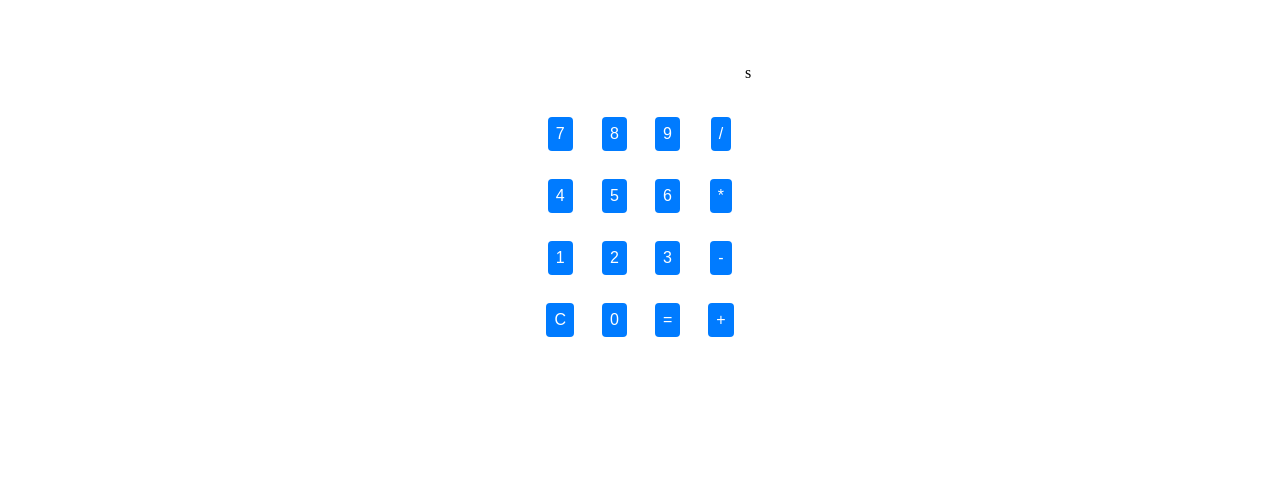
Repository: tushcmd/calc
Page: index.html
The author's editor kept a copy of each file at every save. The page is drawn from the files as they stood at one save, then again after the next save.
The browser window is 1280 px wide. The pictures show the whole page.

Above is the page before, as saved 2024-05-25 05:16:21.

After the next save:
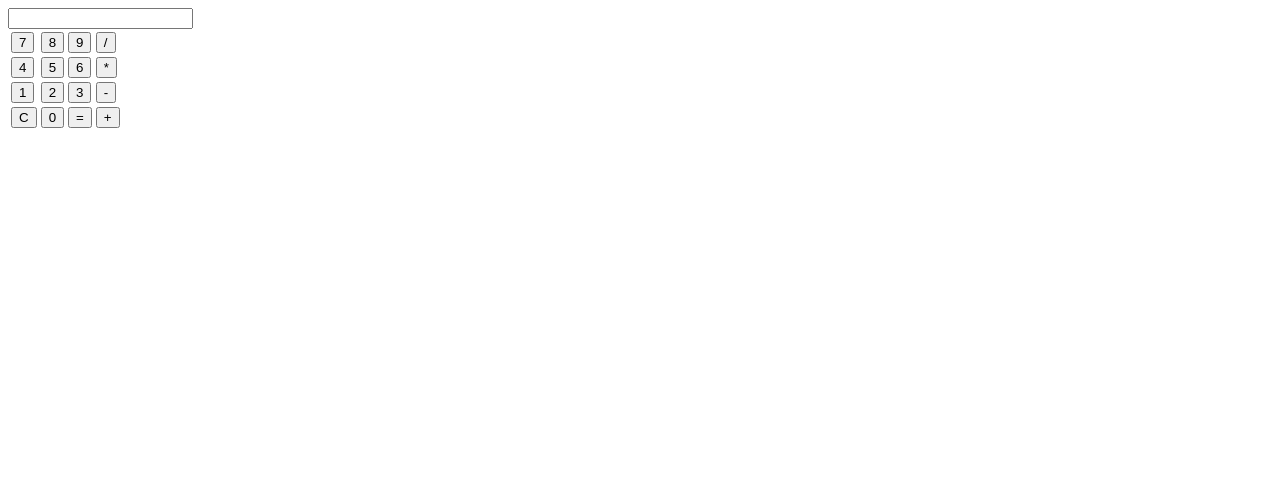
Not found: style.css
Saved 25 s later.
--- a/index.html
+++ b/index.html
@@ -1,42 +1,49 @@
 <!DOCTYPE html>
 <html lang="en">
-<head>
-    <meta charset="UTF-8">
-    <meta name="viewport" content="width=device-width, initial-scale=1.0">
-    <title>Document</title>
-    <link rel="stylesheet" href="./styles.css">
-</head>
-<body>
-    <div>
-        <input type="text" id="display" readonly>
-        <table>
-          <tr>
-            <td><button onclick="addToDisplay('7')">7</button></td>
-            <td><button onclick="addToDisplay('8')">8</button></td>
-            <td><button onclick="addToDisplay('9')">9</button></td>
-            <td><button onclick="addToDisplay('/')">/</button></td>
-          </tr>
-          <tr>s
-            <td><button onclick="addToDisplay('4')">4</button></td>
-            <td><button onclick="addToDisplay('5')">5</button></td>
-            <td><button onclick="addToDisplay('6')">6</button></td>
-            <td><button onclick="addToDisplay('*')">*</button></td>
-          </tr>
-          <tr>
-            <td><button onclick="addToDisplay('1')">1</button></td>
-            <td><button onclick="addToDisplay('2')">2</button></td>
-            <td><button onclick="addToDisplay('3')">3</button></td>
-            <td><button onclick="addToDisplay('-')">-</button></td>
-          </tr>
-          <tr>
-            <td><button onclick="clearDisplay()">C</button></td>
-            <td><button onclick="addToDisplay('0')">0</button></td>
-            <td><button onclick="calculate()">=</button></td>
-            <td><button onclick="addToDisplay('+')">+</button></td>
-          </tr>
-        </table>
-      </div>
-      <script src="app.js"></script>
-
-</body>
+  <head>
+    <meta charset="UTF-8" />
+    <meta name="viewport" content="width=device-width, initial-scale=1.0" />
+    <title>Calculator</title>
+    <link rel="stylesheet" href="style.css" />
+  </head>
+  <body>
+    <div class="calculator">
+      <input type="text" id="display" readonly />
+      <table>
+        <tr>
+          <td><button onclick="addToDisplay('7')">7</button></td>
+          <td><button onclick="addToDisplay('8')">8</button></td>
+          <td><button onclick="addToDisplay('9')">9</button></td>
+          <td>
+            <button class="operator" onclick="addToDisplay('/')">/</button>
+          </td>
+        </tr>
+        <tr>
+          <td><button onclick="addToDisplay('4')">4</button></td>
+          <td><button onclick="addToDisplay('5')">5</button></td>
+          <td><button onclick="addToDisplay('6')">6</button></td>
+          <td>
+            <button class="operator" onclick="addToDisplay('\*')">*</button>
+          </td>
+        </tr>
+        <tr>
+          <td><button onclick="addToDisplay('1')">1</button></td>
+          <td><button onclick="addToDisplay('2')">2</button></td>
+          <td><button onclick="addToDisplay('3')">3</button></td>
+          <td>
+            <button class="operator" onclick="addToDisplay('-')">-</button>
+          </td>
+        </tr>
+        <tr>
+          <td><button id="clear" onclick="clearDisplay()">C</button></td>
+          <td><button onclick="addToDisplay('0')">0</button></td>
+          <td><button id="equals" onclick="calculate()">=</button></td>
+          <td>
+            <button class="operator" onclick="addToDisplay('+')">+</button>
+          </td>
+        </tr>
+      </table>
+    </div>
+    <script src="app.js"></script>
+  </body>
 </html>

After the 2 saves that followed:
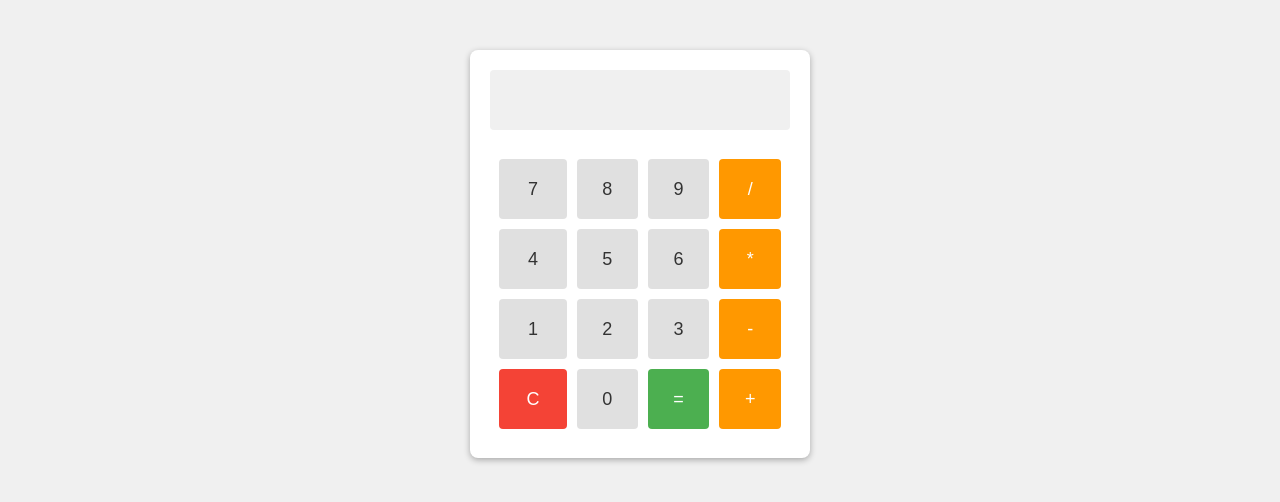
The 2 saves are shown as one change because 1 left the picture as it was.
The last was saved 56 s later.
--- a/index.html
+++ b/index.html
@@ -4,7 +4,7 @@
     <meta charset="UTF-8" />
     <meta name="viewport" content="width=device-width, initial-scale=1.0" />
     <title>Calculator</title>
-    <link rel="stylesheet" href="style.css" />
+    <link rel="stylesheet" href="styles.css" />
   </head>
   <body>
     <div class="calculator">
--- a/styles.css
+++ b/styles.css
@@ -1,28 +1,75 @@
-div {
-    text-align: center;
-    margin-top: 50px;
-  }
+body {
+  font-family: Arial, sans-serif;
+  background-color: #f0f0f0;
+}
 
-  input[type="text"] {
-    font-size: 24px;
-    padding: 6px;
-    margin-bottom: 12px;
-    text-align: right;
-    width: 200px;
-    border: none;
-  }
+.calculator {
+  width: 300px;
+  margin: 50px auto;
+  background-color: #fff;
+  border-radius: 8px;
+  box-shadow: 0 2px 6px rgba(0, 0, 0, 0.3);
+  padding: 20px;
+}
 
-  table {
-    margin: auto;
-  }
+#display {
+  width: 100%;
+  height: 60px;
+  font-size: 24px;
+  text-align: right;
+  padding: 10px;
+  border: none;
+  background-color: #f0f0f0;
+  border-radius: 4px;
+  box-sizing: border-box;
+  margin-bottom: 20px;
+}
 
-  button {
-    padding: 8px;
-    font-size: 16px;
-    background-color: #007bff;
-    color: white;
-    border: none;
-    border-radius: 4px;
-    cursor: pointer;
-    margin: 12px;
-  }
+table {
+  width: 100%;
+  border-collapse: separate;
+  border-spacing: 8px;
+}
+
+button {
+  width: 100%;
+  height: 60px;
+  font-size: 18px;
+  border: none;
+  border-radius: 4px;
+  cursor: pointer;
+  background-color: #e0e0e0;
+  color: #333;
+  transition: background-color 0.3s ease;
+}
+
+button:hover {
+  background-color: #d0d0d0;
+}
+
+.operator {
+  background-color: #ff9800;
+  color: #fff;
+}
+
+.operator:hover {
+  background-color: #e68a00;
+}
+
+#clear {
+  background-color: #f44336;
+  color: #fff;
+}
+
+#clear:hover {
+  background-color: #e53935;
+}
+
+#equals {
+  background-color: #4caf50;
+  color: #fff;
+}
+
+#equals:hover {
+  background-color: #45a049;
+}
